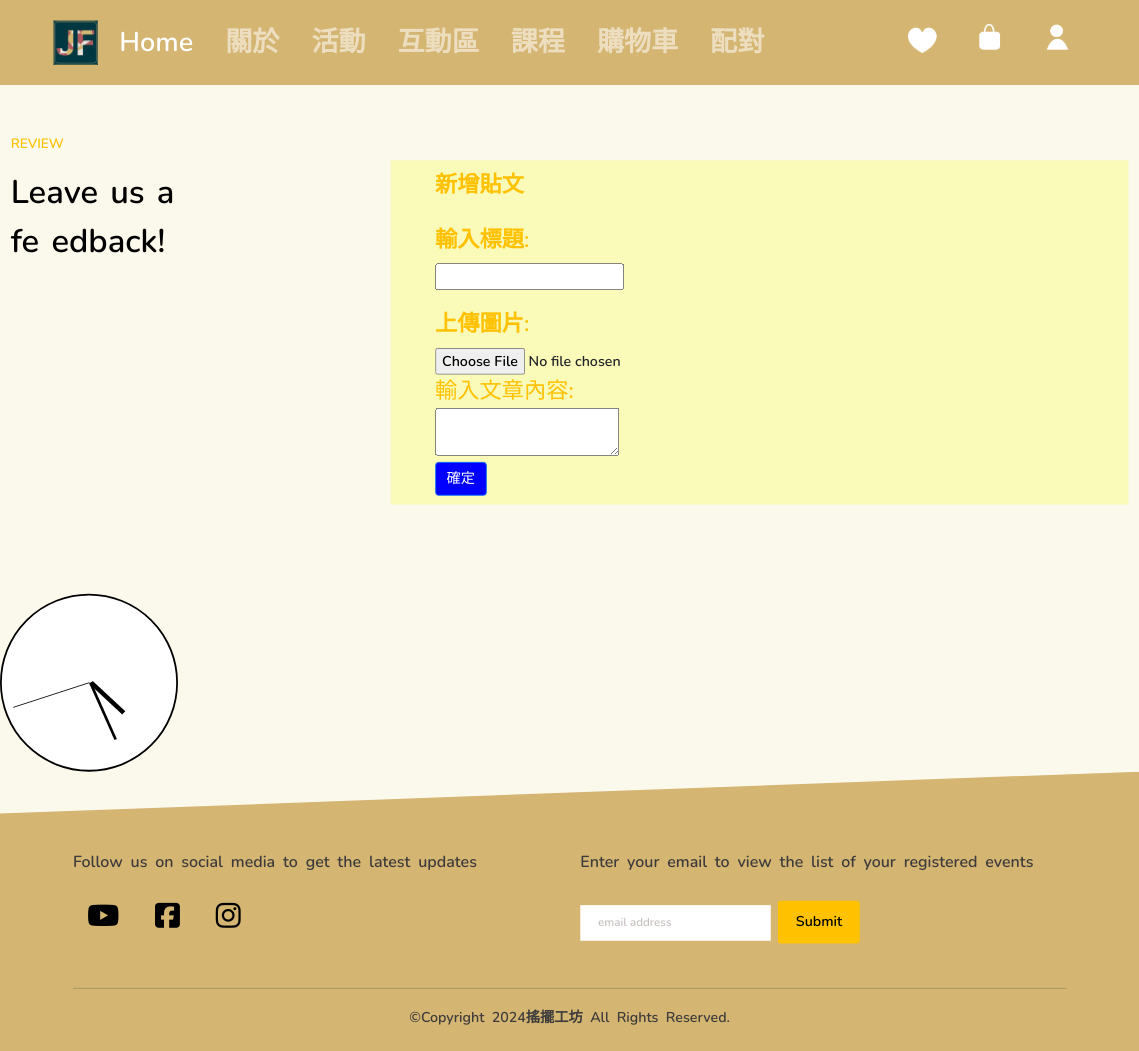
Repository: mmmooonnn0211/project
Page: workspace/demoSpringBoot-1/src/main/resources/static/html/LTInsertFront.html
An editor plug-in stored every save of this project. The page is shown before and after the next save, followed by the edit.
The browser window is 1280 px wide. The pictures show the whole page, at 89% of full size.
Some web libraries are served in a nearby version.

Above is the page before, as saved 2024-05-09 11:45:50.
Console error: ReferenceError: jQuery is not defined

### workspace/demoSpringBoot-1/src/main/resources/static/html/LTInsertFront.html
<!DOCTYPE html>
<html lang="en">

<head>
	<meta charset="UTF-8">
	<meta name="viewport" content="width=device-width, initial-scale=1.0">
	<style>
		.main {
			min-height: 55vh;
			/* 让 .slant 至少占据整个视口高度 */

		}

		.clock {
			width: 200px;
			height: 200px;
			border: 2px solid #000;
			border-radius: 50%;
			background-color: #fff;
			position: relative;
		}

		.hour,
		.minute,
		.second {
			position: absolute;
			background-color: #000;
			transform-origin: bottom center;
			/* 將旋轉的中心設置為底部中心 */
		}

		.hour {
			width: 5px;
			height: 50px;
			left: 50%;
			bottom: 50%;
			/* 指針底部中心位於時鐘中心 */
		}

		.minute {
			width: 3px;
			height: 70px;
			left: 50%;
			bottom: 50%;
			/* 指針底部中心位於時鐘中心 */
		}

		.second {
			width: 1px;
			height: 90px;
			left: 50%;
			bottom: 50%;
			/* 指針底部中心位於時鐘中心 */
		}
	</style>
	<!-- Bootstrap CSS -->
	<link href="https://cdn.jsdelivr.net/npm/bootstrap@5.0.0-beta3/dist/css/bootstrap.min.css" rel="stylesheet"
		integrity="sha384-eOJMYsd53ii+scO/bJGFsiCZc+5NDVN2yr8+0RDqr0Ql0h+rP48ckxlpbzKgwra6" crossorigin="anonymous">
	<script src="https://kit.fontawesome.com/4287c80df9.js" crossorigin="anonymous"></script>

	<!--Google Font : Nunito-->
	<link rel="preconnect" href="https://fonts.gstatic.com">
	<link href="https://fonts.googleapis.com/css2?family=Nunito:wght@600&display=swap" rel="stylesheet">

	<!-- For style(All CSS content) -->
	<link rel="stylesheet" type="text/css" href="../styles/home.css" />
	<link rel="stylesheet" type="text/css" href="../styles/footer.css" />
	<link rel="stylesheet" type="text/css" href="../styles/navbar.css" />
	<link rel="icon" href="images/favicon.ico">

	<!-- JS Bundle for BS  -->
	<script src="https://cdn.jsdelivr.net/npm/popper.js@1.16.1/dist/umd/popper.min.js"
		integrity="sha384-9/reFTGAW83EW2RDu2S0VKaIzap3H66lZH81PoYlFhbGU+6BZp6G7niu735Sk7lN" crossorigin="anonymous">
		</script>

</head>


<body>



	</div>
	<!-- <section> -->
	<div class="main">
		<form method="post" action=" /LTinsertFront.controller" enctype="multipart/form-data"
			onsubmit="return validateForm();">
			<div class="container-fluid" style="margin-top: 150px;">
				<div class="row" style="margin-bottom: 100px; margin-top: 100px;">
					<div class="col-md-4" style="text-align: left;">
						<p class="review">REVIEW</p>
						<p class="feedback">Leave us a <br>fe edback!</p>
					</div>
					<div class="col-sm-8">
						<div class="container" id="cards" style="  background-color:rgb(250, 250, 185)">
							<div class="" style="margin: auto;">
								<div id="sugg" class="neon-yellow" style="font-weight: bold; font-size: 25px; ">新增貼文
								</div>
								<br>
								<div id="text" class="neon-yellow" style=" font-size: 25px;">輸入標題:
								</div>
								<div style="height:50px; ">
									<input id="title" name="title" style="width: auto;" ; />
								</div>
								<div id="text" class="neon-yellow" style="font-weight: bold; font-size: 25px;">上傳圖片:
								</div>
								<input type="file" id="picture" name="picture" />

								<div id="picture" class="neon-yellow" style="font-size:25px; ">
									輸入文章內容:
								</div>
								<textarea id="content" name="content"></textarea>

								<div>
									<button type="submit" class="btn btn-primary"
										style="background-color:blue">確定</button>
								</div>
							</div>
						</div>
					</div>
				</div>
			</div>
		</form>
		<div class="container text-center">

		</div>
	</div>




	<div class="container">
	</div>


	<script>

		fetch('basic.html')
			.then(response => response.text())
			.then(html => {
				document.body.innerHTML += html;
			});

	</script>
	<div id="clock"></div>

	<div class="clock" id="clock">
		<div class="hour" id="hour"></div>
		<div class="minute" id="minute"></div>
		<div class="second" id="second"></div>
	</div>

	<script>
		function updateClock() {
			var now = new Date();
			var hours = now.getHours();
			var minutes = now.getMinutes();
			var seconds = now.getSeconds();

			var hourDeg = (hours % 12) * 30 + minutes * 0.5; // 一小時30度，一分鐘0.5度
			var minuteDeg = minutes * 6; // 一分鐘6度
			var secondDeg = seconds * 6; // 一秒鐘6度

			document.getElementById('hour').style.transform = 'rotate(' + hourDeg + 'deg)';
			document.getElementById('minute').style.transform = 'rotate(' + minuteDeg + 'deg)';
			document.getElementById('second').style.transform = 'rotate(' + secondDeg + 'deg)';
		}

		// 每秒更新一次時間
		setInterval(updateClock, 1000);

		// 初始化頁面時立即更新時間
		updateClock();
	</script>
	<script type="text/javascript" charset="utf8"
		src="https://cdn.datatables.net/1.11.5/js/jquery.dataTables.js"></script>
	<script src="https://cdn.jsdelivr.net/npm/bootstrap@5.0.0-beta3/dist/js/bootstrap.bundle.min.js"
		integrity="sha384-JEW9xMcG8R+pH31jmWH6WWP0WintQrMb4s7ZOdauHnUtxwoG2vI5DkLtS3qm9Ekf" crossorigin="anonymous">
		</script>

</body>

</html>

### workspace/demoSpringBoot-1/src/main/resources/static/styles/home.css
/* hiding vertical scroll bar from every page */
::-webkit-scrollbar {
  width: 0 !important
}




body {
  font-family: 'Nunito', sans-serif;
  background-color: #FBF8EC;
  word-spacing: 0.25rem;
}

::selection {
  color: black;
  background: #ffc100;
}

::placeholder {
  color: rgb(202, 192, 192);
}

.neon-yellow {
  color: #ffc100;
}

.working-heading {
  font-size: 2.3rem;
  font-weight: bold;
  color: black;
}


.date-style {
  font-weight: 850;
  padding: 0 0 0.3rem 0;
}

.sub-heading {
  font-size: 1.5rem;
  font-weight: 1000;
  padding: 0 0 0.3rem 0;
}

.small-subtext {
  color: black;
  font-weight: 700;
  font-size: 1rem;
}

.process-heading {
  font-weight: 1000;
  font-size: 0.95rem;
}

.eng,
.feedback,
.some {
  font-size: 2.3rem;
  font-weight: 1000;
  color: black;
}

.center-line {
  border-left: 0.58rem solid #ffc100;
  height: 110%;
  position: absolute;
  top: 0%;
  left: 0%;
}

.padding-for-mobile {
  padding: 0 1rem 2rem 4rem;
  text-align: left;
  /*background-color:  white;*/
}

.stickyy-corner {
  position: -webkit-sticky;
  position: sticky;
  top: 0;
}

.timeline-left-style {
  color: black;
  text-align: right;
  padding: 0 4rem 0 5.2rem;
}

.timeline-right-style {
  color: black;
  text-align: left;
  position: relative;
  padding: 0 5.2rem 0 4rem;
  overflow-y: hidden;
}

.d-block {
  margin-top: 2%;
  border-radius: 7px;
  border: 3px solid rgb(245, 241, 241);
  width: 100%;
}

.chess,
.review,
.event {
  color: #ffc100;
  font-weight: 850;
  font-size: 0.95rem;
}


#text {
  font-weight: 850;
  font-size: 0.75rem;
  margin-bottom: 7px;
}

#sugg {
  font-size: 1.5rem;
  font-weight: 1000;
}

#btn {
  background-color: #ffc100;
  color: rgb(0, 0, 0);
  padding: 10px 20px;
  text-align: center;
  border: none;
  border-radius: 3px;
  display: block;
  margin: auto;
  margin-top: 15px;
  font-weight: bold;
}


#box,
#msg {
  background-color: #DDDDDD;
  border-radius: 3.5px;
  border: none;
  margin-bottom: 12px;
  width: 100%;
}

#msg {
  height: 120px;
}

#box {
  height: 35px;
}

#spon {
  color: black;
  margin-top: 60px;
  display: flex;
  justify-content: space-evenly;
  align-items: center;
  font-weight: bold;
  margin-bottom: 20px;
}

.image {
  height: 100px;
}

.image3 {
  height: 250px;
  overflow-y: hidden;
}

.pic1,
.pic2 {
  font-weight: bold;
  font-size: medium;
}

.pic1 {
  margin-top: 20px;
}

.column {
  display: flex;
  flex-direction: column;
  justify-content: space-evenly;
  align-items: center;
}

.columns {
  display: flex;
  flex-direction: column;
  justify-content: center;
  align-items: flex-start;
}

.pic2 {
  color: gray;
  font-size: small;
}

.event,
.some,
.last,
.pic,
.pic1,
.pic2 {
  display: flex;
  justify-content: space-evenly;
  align-items: center;
}

.subhead {
  color: black;
  font-size: 3rem;
  overflow-y: hidden;
}

.active {
  color: #ffc100;
}

.active:hover {
  color: #ffc100;
}

p {
  color: black;
}

.title-img {
  width: 25%;
  margin-left: 8%;
  transform: rotate(10deg);
}

.hover {
  color: #ffc100;
}

.title-img3 {
  width: 25%;
  transform: rotate(-10deg);
}

.title-img2 {
  width: 35%;
  padding-right: 5%;
  padding-left: 5%;


}

.carousel-img-styles {
  border: 0.13rem solid black;
  border-radius: 1rem;
}

h1 {
  font-size: 5rem;
  line-height: 1.5;
  font-weight: 900;
}

#title {
  margin-bottom: 11rem;
}

.col-lg-3 {
  padding-left: 3rem;
}

.ex-btn {
  margin-top: 2.5rem;
  margin-bottom: 30px;
}

.carousel-container {
  width: 55%;
}

#cards {
  padding: 10px 50px;
}

.card {
  background-color: black;
  border-radius: 10px;
  /* display: block;
    margin: auto;
    font: 16px;
    width:55%; */
  padding: 30px 20px;

}

@media only screen and (max-width: 767px) {
  .small-subtext {
    font-size: 0.8rem;
  }

  .padding-for-mobile {
    padding: 0 0 4rem 2rem;
  }

  /*
  .sticky-corner {
    position: static;
  }
  */
  #cards {
    padding: 0px 20px;
  }


  .sub-heading {
    font-size: 1.3rem;
  }

  .process-heading {
    font-size: 0.85rem;
  }

  .working-heading {
    font-size: 1.5rem;
  }

  .timeline-left-style {
    padding: 0 2.5rem 0 3rem;
  }

  .timeline-right-style {
    padding: 0 3rem 0 2.5rem;
  }

  #spon {
    font-size: 1.5rem;
  }

  .some,
  .eng,
  .feedback {
    font-size: 1.5rem;
  }

  .card {
    width: 100%;
  }

  .pic {
    flex-direction: column;
  }

  .carousel-container {
    width: 85%;
  }
}

@media only screen and (max-width: 575px) {

  .title-img,
  .title-img3 {
    display: none;
  }

  .title-img2 {
    display: block;
    margin: auto;
    width: 100%;
    padding: 50px;
  }
}

@media only screen and (max-width: 375px) {


  .date-style {
    font-size: 0.8rem;
  }

  .sub-heading {
    font-size: 0.9rem;
  }

  .small-subtext {
    font-size: 0.7rem;
  }

  .timeline-left-style {
    padding: 0 1.6rem 0 2rem;
  }

  .timeline-right-style {
    padding: 0 2rem 0 2rem;
  }
}

### workspace/demoSpringBoot-1/src/main/resources/static/styles/footer.css
/*
hiding vertical scroll bar from every page
*/
::-webkit-scrollbar {
    width: 0 !important
}




.slant {
    /* width: 110%;
    background-color: #DDDDDD;
    transform: rotate(-3deg);
    height: 100px; */
    clip-path: polygon(0 15%, 100% 0, 100% 100%, 0 100%);
  }

  .container{
    margin-top: 30px;
  }

  .left, .right {
    font-size: large;
    font-weight: bold;
    margin-top: 50px;
    color: rgb(61, 59, 59);
    margin-bottom: 30px;
  }

  .below {
    background-color:#D4B572;
    position: relative;
    padding-top: 8px;
    padding-bottom: 6px;
    width: 100%;
    height: 100%;
  }

  #mail {
    border: none;
    height: 30px;
    padding: 20px;
    font-size: small;
    font-weight: bold;
  }

  #bttn {
    background-color: #ffc100;
    color: black;
    padding: 12px 20px;
    text-align: center;
    border: none;
    border-radius: 3px;
    font-weight: bold;
  }


  .fa-youtube:hover{
    color: rgb(230, 59, 59);
    transition: 0.5s;
  }

  .fa-twitter:hover, .fa-facebook-square:hover{
    color: rgba(18, 212, 212, 0.596);
    transition: 0.5s;
  }

  .fa-instagram:hover{
    color: rgb(218, 30, 61);
    transition: 0.5s;
  }

  .fa-github{
    color: rgb(43, 36, 36);
    transition: 0.5s;
  }

  .fab {
    padding: 0 1rem 0 1rem;
    font-size: 2rem;
    color: black;
  }

  .last {
    font-weight: 900;
    color: rgb(61, 59, 59);
    margin: 20px;
    display: flex;
  justify-content: space-evenly;
  align-items: center;
  }

  @media only screen and (max-width: 767px) {
    .slant{
      clip-path: polygon(0 5%, 100% 0, 100% 100%, 0 100%);
    }
  }

  @media only screen and (max-width: 375px) {
    .slant{
      clip-path: polygon(0 5%, 100% 0, 100% 100%, 0 100%);
    }
  }

### workspace/demoSpringBoot-1/src/main/resources/static/styles/navbar.css
/* 鼠標移動導覽列*/
.nav-item :hover {
  color: rgb(255, 128, 128);
  cursor: pointer;
  background-color: #B15A5E;
  border-radius: 10px;
}

.navbar a {
  color: #ff2600a2;
  border-radius: 10px;
}


.navbar {
  padding: 1rem 2rem;
  position: fixed;
  z-index: 100;
  width: 100%;
  margin: 0;
  top: 0;
  left: 0;
  background-color: #D4B572;
}

.nav-item {
  padding: 0 20px 0 0;
}

.nav-link {
  font-size: 1.9rem;
  font-weight: 900;

}


.dropdown-item,
.dropdown-menu {
  background-color: #B15A5E;
  color: #BF3F41;
  ;
  margin: 0;
}






.dropdown-menu a {
  color: white;
  ;
  text-decoration: none;
  display: block;
  text-align: left;
}

### workspace/demoSpringBoot-1/src/main/resources/static/html/basic.html
<!doctype html>
<html lang="en">

<head>
    <!-- Required meta tags -->
    <meta charset="utf-8">
    <meta name="viewport" content="width=device-width, initial-scale=1">




    <title>JFSwing</title>
</head>

<body>

    <!-- Shashank's Section -->
    <!-- <section class="title"> -->
    <!-- Navbar section -->
    <nav class="navbar navbar-expand-lg navbar-dark">
        <!-- <LOGO> -->
        <div class="container-fluid">
            <div width="50px" height="50px">
                <a class="m-3" href="index.html"> <img src="../images/LOGO.png" width="50px" height="50px"
                        alt="Eternals">
                </a>
                <button class="navbar-toggler" type="button" data-bs-toggle="collapse" data-bs-target="#navbarCollapse"
                    aria-controls="navbarCollapse" aria-expanded="false" aria-label="Toggle navigation">
                    <span class="navbar-toggler-icon"></span>
                </button>
            </div>
            <div class="collapse navbar-collapse" id="navbarCollapse">
                <ul class="navbar-nav ">
                    <li class="nav-item">
                        <a class="nav-link active" href="frontPage.html">Home </a>
                    </li>
                    <li class="nav-item">
                        <a class="nav-link" href="about.html">關於</a>
                    </li>
                    <li class="nav-item">
                        <a class="nav-link" href="EventAll.html">活動</a>
                    </li>
                    <li class="nav-item">
                        <a class="nav-link" href="/LTSelectAll2">互動區</a>
                    </li>
                    <li class="nav-item">
                        <a class="nav-link" href="contact.html">課程</a>
                    </li>
                    <li class="nav-item">
                        <a class="nav-link" href="">購物車</a>
                    </li>
                    <li class="nav-item">
                        <a class="nav-link" href="">配對</a>
                    </li>

                </ul>

            </div>

            <!-- <右上角的東西> -->
            <div class="navbar-nav justify-content-end">
                <ul class="navbar-nav">
                    <li class="nav-item">
                        <div class="m-2 rounded-circle overflow-hidden align-self-center ratio ratio-1x1"
                            style="width: 40px">
                            <img src="../images/LOVE.png" alt="" class="object-fit-cover w-100 h-100" />
                        </div>
                    </li>
                    <li class="nav-item">
                        <div class="m-2 rounded-circle overflow-hidden align-self-center ratio ratio-1x1"
                            style="width: 40px">
                            <img src="../images/SHOP.png" alt="" class="object-fit-cover w-100 h-100" />
                        </div>
                    </li>
                    <li class="nav-item">
                        <a href="#" target="_blank"
                            class="m-2 rounded-circle overflow-hidden align-self-center ratio ratio-1x1"
                            style="width: 40px; display: inline-block;">
                            <img src="../images/MAN.png" alt="Facebook" class="object-fit-cover w-100 h-100" />
                        </a>
                    </li>

                </ul>

            </div>
        </div>
    </nav>

    <!-- Title -->
    <!-- <中間> -->



    <!-- footer-->
    <div class="slant footer-content mt-auto">

        <footer class="below">
            <div class="container">
                <div class="row">
                    <div class="col-lg-6">
                        <p class="left">Follow us on social media to get the latest updates</p>
                        <a href="#"><i class="fab fa-youtube"></i></a>
                        <a href="https://www.facebook.com/apple.hi.77?mibextid=kFxxJD"><i
                                class="fab fa-facebook-square"></i></a>
                        <a href="#"><i class="fab fa-instagram"></i></a>

                    </div>
                    <div class="col-lg-6">
                        <p class="right">Enter your email to view the list of your registered events</p>
                        <input id="mail" placeholder="email address">
                        <span><button id="bttn">
                                Submit </button></span>
                    </div>
                </div>
                <hr style="margin-top: 50px;">
            </div>
            <div class="last">&copy;Copyright 2024搖擺工坊 All Rights Reserved.</div>
        </footer>

    </div>



</body>

</html>

After the next save:
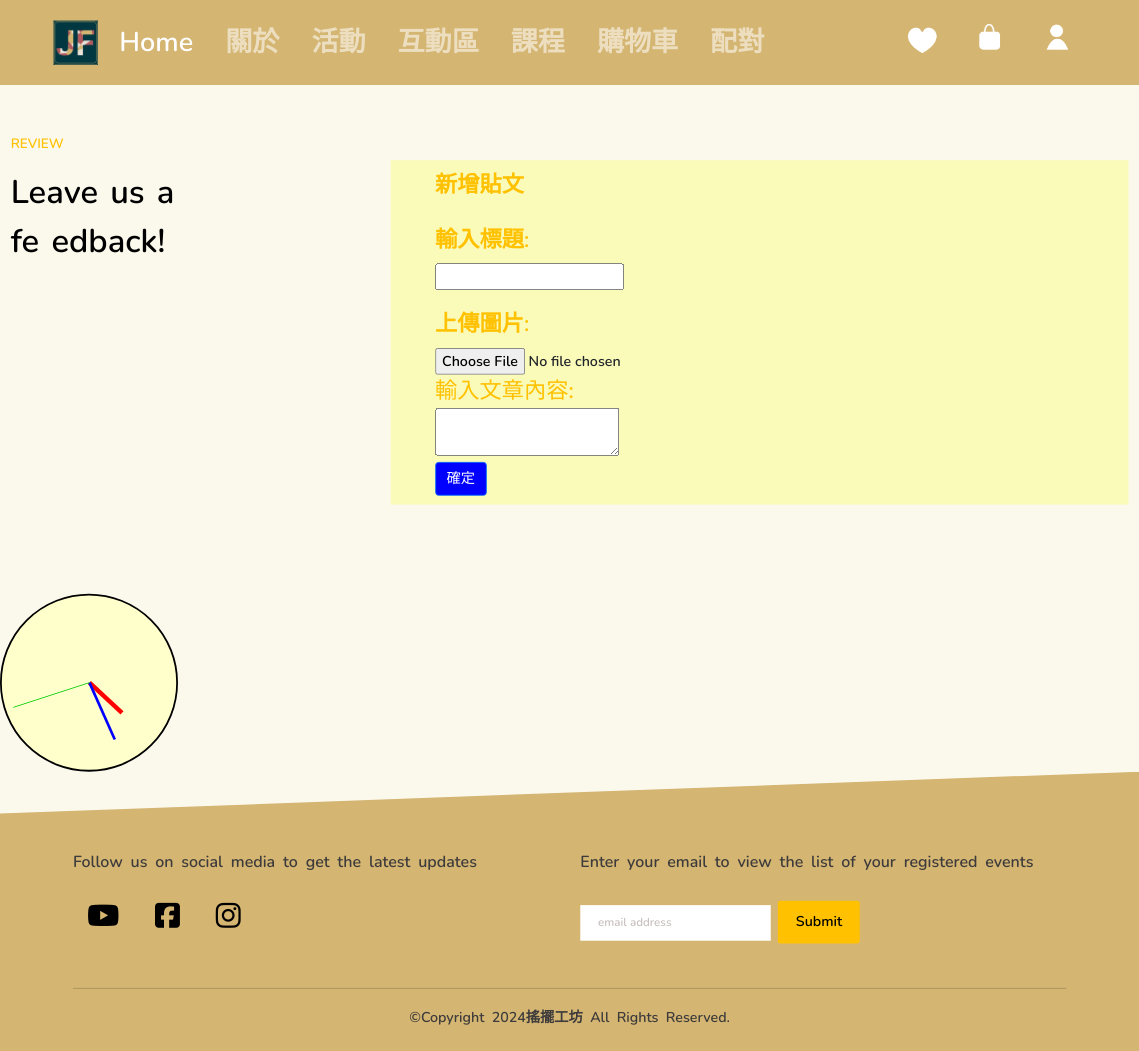
Saved 73 s later.
--- a/workspace/demoSpringBoot-1/src/main/resources/static/html/LTInsertFront.html
+++ b/workspace/demoSpringBoot-1/src/main/resources/static/html/LTInsertFront.html
@@ -16,7 +16,8 @@
 			height: 200px;
 			border: 2px solid #000;
 			border-radius: 50%;
-			background-color: #fff;
+			background-color: #ffffcc;
+			/* 背景淺黃色 */
 			position: relative;
 		}
 
@@ -32,25 +33,31 @@
 		.hour {
 			width: 5px;
 			height: 50px;
-			left: 50%;
+			left: calc(50% - 2.5px);
+			/* 計算時鐘中心 */
 			bottom: 50%;
-			/* 指針底部中心位於時鐘中心 */
+			background-color: #ff0000;
+			/* 時針顏色：紅色 */
 		}
 
 		.minute {
 			width: 3px;
 			height: 70px;
-			left: 50%;
+			left: calc(50% - 1.5px);
+			/* 計算時鐘中心 */
 			bottom: 50%;
-			/* 指針底部中心位於時鐘中心 */
+			background-color: #0000ff;
+			/* 分針顏色：藍色 */
 		}
 
 		.second {
 			width: 1px;
 			height: 90px;
-			left: 50%;
+			left: calc(50% - 0.5px);
+			/* 計算時鐘中心 */
 			bottom: 50%;
-			/* 指針底部中心位於時鐘中心 */
+			background-color: #00cc00;
+			/* 秒針顏色：綠色 */
 		}
 	</style>
 	<!-- Bootstrap CSS -->
